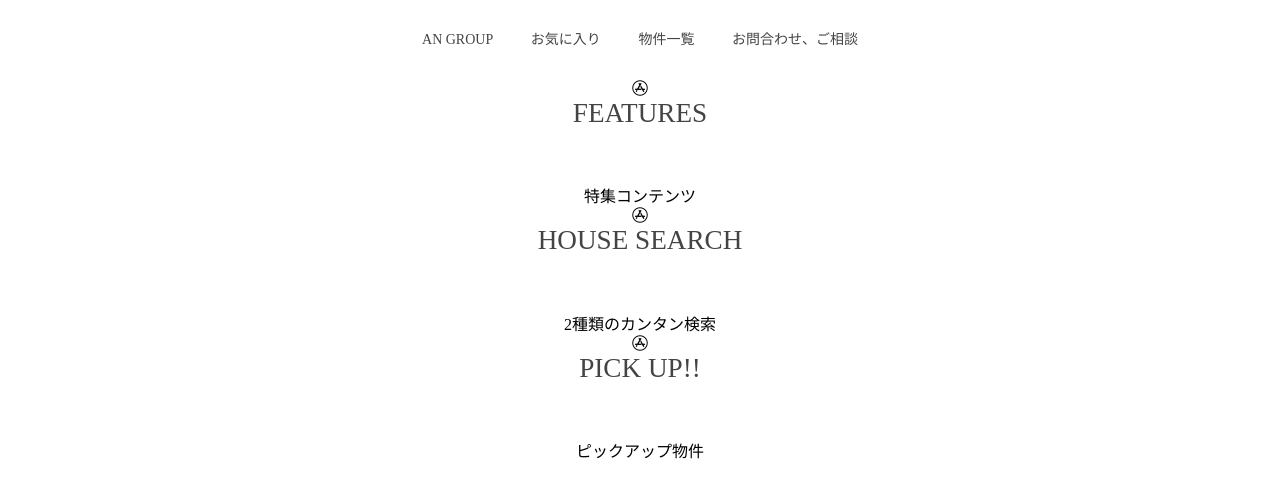
Repository: ninhdavid/real-estate
Page: index.html
These files come from the project's save history. The page is drawn as it stood at one moment and after the next save; the edit follows.
The browser window is 1280 px wide. The pictures show the whole page.
Some web libraries are served in a nearby version. The style sheet was rebuilt from its Sass, Less or Tailwind sources for each picture, by a compiler version that may differ from the author's.

Above is the page before, as saved 2022-05-09 22:07:36.

After the next save:
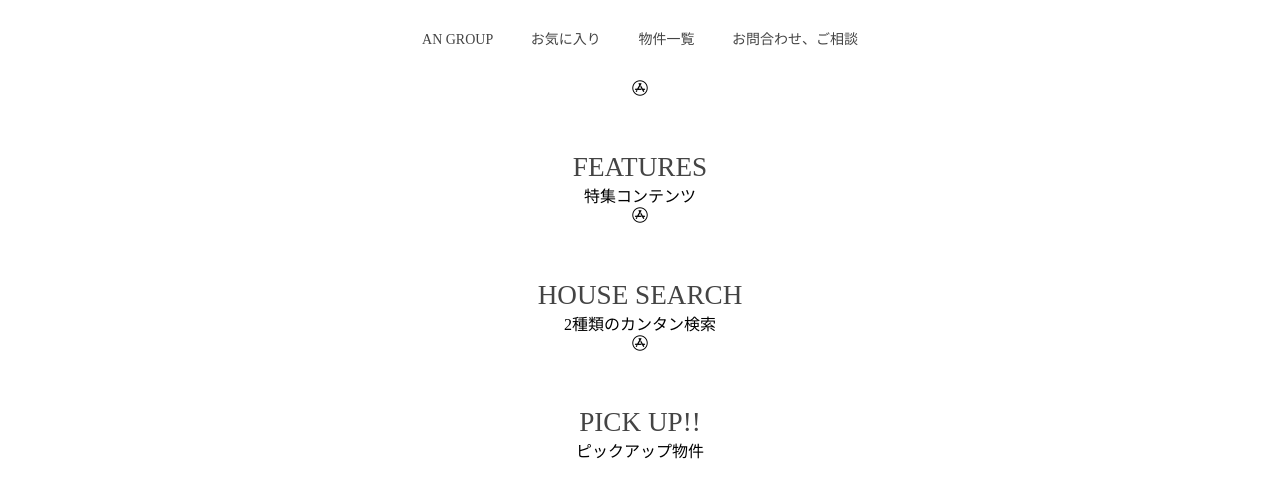
Saved 8 s later.
--- a/css/main.scss
+++ b/css/main.scss
@@ -70,5 +70,5 @@
 .title-section p:nth-child(2){
     font-size: 1.7em;
     color: #444444;
-    padding-bottom: 2em;
+    padding-top: 2em;
 }

After the 2 saves that followed:
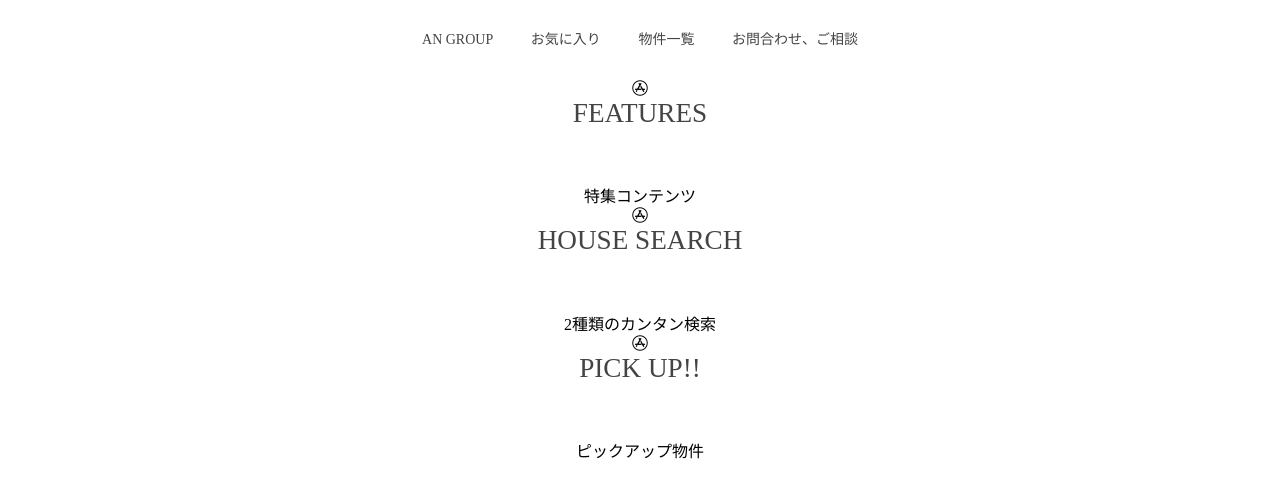
The 2 saves are shown as one change because 1 left the picture as it was.
The last was saved 41 s later.
--- a/css/main.scss
+++ b/css/main.scss
@@ -63,12 +63,12 @@
     font-weight: bold;
 
 }
-.title-section p:nth-child(1){
+.title-section>p:nth-child(1){
     font-size: 1.25em;
     line-height: 1;
 }
 .title-section p:nth-child(2){
     font-size: 1.7em;
     color: #444444;
-    padding-top: 2em;
+    padding-bottom: 2em;
 }
